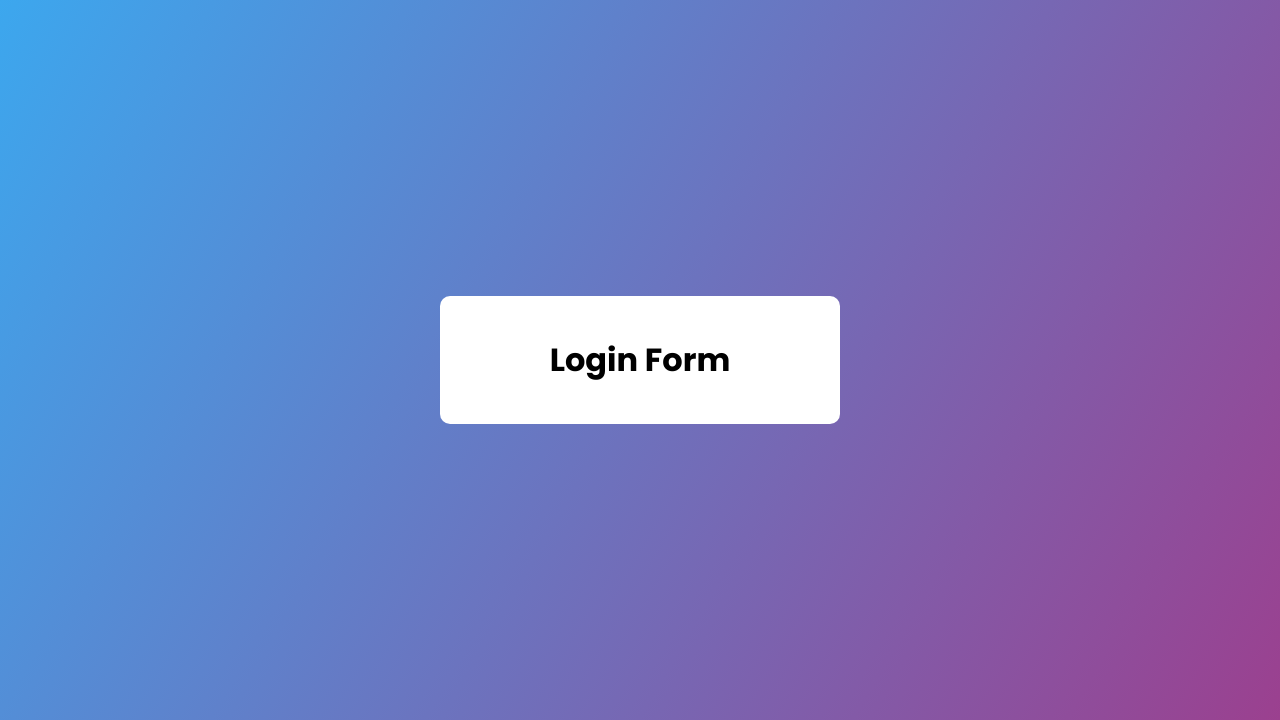
Repository: QUANGTHAI2003/Form-Validation
Page: index.html
An editor plug-in stored every save of this project. The page is shown before and after the next save, followed by the edit.
The browser window is 1280 px wide. The pictures show the whole page.

Above is the page before, as saved 2022-03-13 14:03:09.

### index.html
<!DOCTYPE html>
<html lang="en">
    <head>
        <meta charset="UTF-8" />
        <meta http-equiv="X-UA-Compatible" content="IE=edge" />
        <meta name="viewport" content="width=device-width, initial-scale=1.0" />
        <title>Document</title>
        <link rel="stylesheet" href="./style.css" />
    </head>
    <body>
        <div class="container">
            <h1>Login Form</h1>
        </div>
        <script src="./app.js"></script>
    </body>
</html>

### style.css
@import url('https://fonts.googleapis.com/css2?family=Poppins:wght@300;400;500;600;700&display=swap');

* {
    margin: 0;
    padding: 0;
    box-sizing: border-box;
}

body {
    height: 100vh;
    background: linear-gradient(120deg, #3ca7ee, #9b408f);
    overflow: hidden;
    font-family: 'Poppins';
    display: flex;
    justify-content: center;
    align-items: center;
}

.container {
    width: 400px;
    border: none;
    border-radius: 10px;
    background: #fff;
    padding: 40px;
}

.container h1 {
    text-align: center;
}

Loaded but not shown: app.js (no copy from this time; the picture is the same without it)

After the next save:
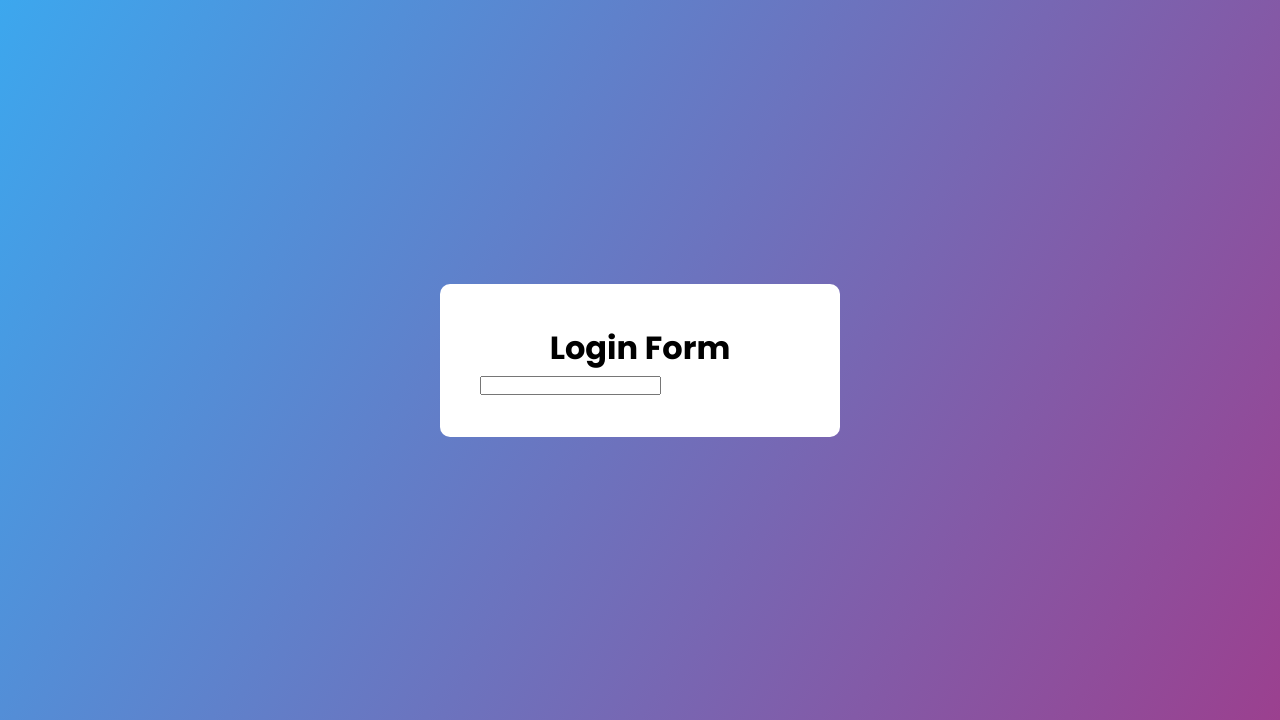
Saved 96 s later.
--- a/index.html
+++ b/index.html
@@ -10,6 +10,9 @@
     <body>
         <div class="container">
             <h1>Login Form</h1>
+            <div class="form-control">
+                <input type="text" />
+            </div>
         </div>
         <script src="./app.js"></script>
     </body>
